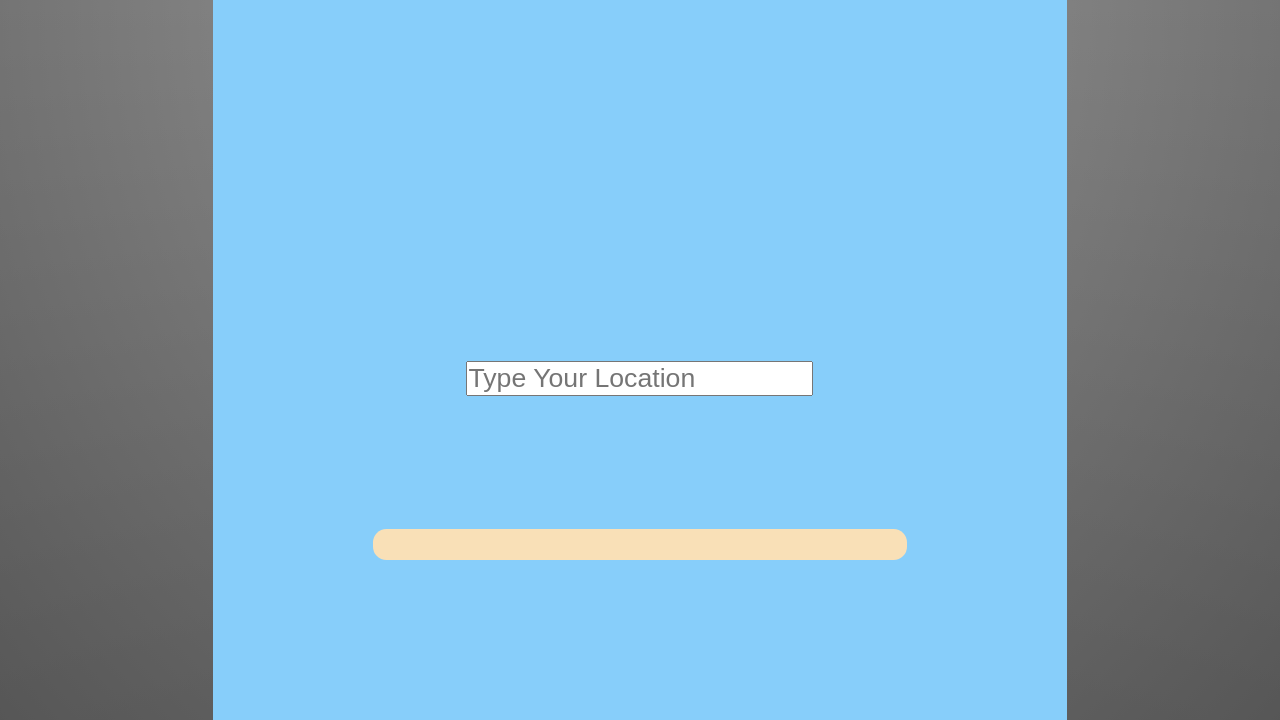
Repository: Heidingg/weather_app
Page: /
An editor plug-in stored every save of this project. The page is shown before and after the next save, followed by the edit.
The browser window is 1280 px wide. The pictures show the whole page.
The project was rebuilt for these pictures with package versions that can differ from the ones it lists, and the page was loaded fresh each time. The framework's server and built-in components were replaced by stand-ins that run in the browser. Also part of the build but not shown: next.config.js.

Above is the page before, as saved 2023-01-23 01:38:21.

### pages/index.js
import Head from 'next/head';
import Image from 'next/image';
import { Inter } from '@next/font/google';
import styles from '../styles/Home.module.css';
import { useState } from 'react';
import React from 'react';
import axios from 'axios';

const inter = Inter({ subsets: ['latin'] })

export default function Home() {

  const [location, setLocation] = useState('');
  const [data, setData] = useState({});
  const [weather, setWeather] = useState();
  const [main, setMain] = useState();
  const [wind, setWind] = useState();
  const [errorMessage, setErrorMessage] = useState('');
  const [icon, setIcon] = useState('');
  var lang = "en";
  var units = "metric";
  var apiKey = "8a3b66428312171f7c96dafa7cbc5a31";

  const url = `https://api.openweathermap.org/data/2.5/weather?q=${location}&units=${units}&appid=${apiKey}&lang=${lang}`;


  const searchLocation = (event) => {
    if (event.key === 'Enter') {
      axios.get(url)
        .then((response) => {
          console.clear();
          setData(response.data);
          console.log(response.data);
          setWeather(response.data.weather);
          setMain(response.data.main)
          setWind(response.data.wind);
          setIcon(response.data.icon);
          setErrorMessage("");
        }).catch(err => {
          console.log(err);
          setErrorMessage("Please enter another location");
          setData({});
          setWeather();
          setMain();
          setWind();
          setIcon();
        })
      setLocation('')
    }
  }


  return (
    <>
      <Head>
        <title>Loweather</title>
        <meta name="description" content="Generated by create next app" />
        <meta name="viewport" content="width=device-width, initial-scale=1" />
        <link rel="icon" href="cloudy.png" alt=""/>
      </Head>

      <main className={styles.main}>
        <div className={styles.location}></div>
          <div className={styles.locationIcon}>
          <div className={styles.locationName}>
            {data.name}
          </div>
        </div>

        <div className={styles.errorMess}>{errorMessage}</div>

        <input id={styles.input}
          value={location}
          onChange={event => setLocation(event.target.value)}
          placeholder="Type Your Location"
          onKeyDown={searchLocation}
          type="text"
        >
        </input>


    <div className={styles.searchContainer}></div>
        <div className={styles.weatherData}>
          <div className={styles.weatherCondition}>
            {
              weather && weather.map((w, index) => {
                return (
                  <div key={index}>
                    <img className={styles.iconStyle} src={`http://openweathermap.org/img/wn/${w.icon}@2x.png`}></img>

                  </div>
                )
              })
            }
          </div>

          {
            weather && weather.map((w, index) => {
              return (
                <div key={index}>
                  <div className={styles.description}>{w.description}</div>
                </div>
              )
            })
          }

          {
            main && weather.map(() => {
              return (
                <div>
                  <div className={styles.weatherTemp}> {main.temp}&#176;C</div>
                  <div className={styles.weatherFeel}>Feels like: {main.feels_like}&#176;C</div>
                </div>

              )
            })
          }

          {
            wind && weather.map(() => {
              return (
                <div>
                  <div className={styles.weatherWind}>Wind: {wind.gust} m/s</div>
                </div>
              )
            })
          }

        </div>
      </main>
    </>
)
}

### styles/globals.css
:root {
  --max-width: 1100px;
  --border-radius: 12px;
  --font-mono: ui-monospace, Menlo, Monaco, 'Cascadia Mono', 'Segoe UI Mono',
    'Roboto Mono', 'Oxygen Mono', 'Ubuntu Monospace', 'Source Code Pro',
    'Fira Mono', 'Droid Sans Mono', 'Courier New', monospace;

  --foreground-rgb: 0, 0, 0;
  --background-start-rgb: 214, 219, 220;
  --background-end-rgb: 255, 255, 255;

  --primary-glow: conic-gradient(
    from 180deg at 50% 50%,
    #16abff33 0deg,
    #0885ff33 55deg,
    #54d6ff33 120deg,
    #0071ff33 160deg,
    transparent 360deg
  );
  --secondary-glow: radial-gradient(
    rgba(255, 255, 255, 1),
    rgba(255, 255, 255, 0)
  );

  --tile-start-rgb: 239, 245, 249;
  --tile-end-rgb: 228, 232, 233;
  --tile-border: conic-gradient(
    #00000080,
    #00000040,
    #00000030,
    #00000020,
    #00000010,
    #00000010,
    #00000080
  );

  --callout-rgb: 238, 240, 241;
  --callout-border-rgb: 172, 175, 176;
  --card-rgb: 180, 185, 188;
  --card-border-rgb: 131, 134, 135;
}

@media (prefers-color-scheme: dark) {
  :root {
    --foreground-rgb: 255, 255, 255;
    --background-start-rgb: 0, 0, 0;
    --background-end-rgb: 0, 0, 0;

    --primary-glow: radial-gradient(rgba(1, 65, 255, 0.4), rgba(1, 65, 255, 0));
    --secondary-glow: linear-gradient(
      to bottom right,
      rgba(1, 65, 255, 0),
      rgba(1, 65, 255, 0),
      rgba(1, 65, 255, 0.3)
    );

    --tile-start-rgb: 2, 13, 46;
    --tile-end-rgb: 2, 5, 19;
    --tile-border: conic-gradient(
      #ffffff80,
      #ffffff40,
      #ffffff30,
      #ffffff20,
      #ffffff10,
      #ffffff10,
      #ffffff80
    );

    --callout-rgb: 20, 20, 20;
    --callout-border-rgb: 108, 108, 108;
    --card-rgb: 100, 100, 100;
    --card-border-rgb: 200, 200, 200;
  }
}

* {
  box-sizing: border-box;
  padding: 0;
  margin: 0;
  font-family: "Montserrat", sans-serif;
  font-size: 20pt;
}

.input{
  width: 80%;
  display: flex;
  background-color: lightblue;
}

.input.input-placeholder{
  outline: none;
    padding: 0.4em 1em;
    color: black;
    font-family: inherit;
    font-size: 22px;
    width: 520px;
    height: 43px;
}

html,
body {
  display: flex;
  justify-content: center;
  align-items: center;
  height: 100vh;
  background: linear-gradient(to bottom, rgba(255,255,255,0.15) 0%, rgba(0,0,0,0.15) 100%), radial-gradient(at top center, rgba(255,255,255,0.40) 0%, rgba(0,0,0,0.40) 120%) #989898;
  background-blend-mode: multiply,multiply;
}

body {
  color: rgb(var(--foreground-rgb));
  background: linear-gradient(
      to bottom,
      transparent,
      rgb(var(--background-end-rgb))
    )
    rgb(var(--background-start-rgb));
}

a {
  color: inherit;
  text-decoration: none;
}

@media (prefers-color-scheme: dark) {
  html {
    color-scheme: dark;
  }
}

### styles/Home.module.css
.main {
  display: flex;
  flex-direction: column;
  justify-content: space-between;
  align-items: center;
  padding: 6rem;
  min-height: 100vh;
  background-color: lightskyblue;
}

.description {
  display: inherit;
  justify-content: inherit;
  align-items: inherit;
  font-size: 0.85rem;
  max-width: var(--max-width);
  width: 100%;
  z-index: 2;
  font-family: var(--font-mono);

}

.description a {
  display: flex;
  justify-content: center;
  align-items: center;
  gap: 0.5rem;
}

.description p {
  position: relative;
  margin: 0;
  padding: 1rem;
  background-color: rgba(var(--callout-rgb), 0.5);
  border: 1px solid rgba(var(--callout-border-rgb), 0.3);
  border-radius: var(--border-radius);
}

.code {
  font-weight: 700;
  font-family: var(--font-mono);
}

.grid {
  display: grid;
  grid-template-columns: repeat(4, minmax(25%, auto));
  width: var(--max-width);
  max-width: 100%;
}

.card {
  padding: 1rem 1.2rem;
  border-radius: var(--border-radius);
  background: rgba(var(--card-rgb), 0);
  border: 1px solid rgba(var(--card-border-rgb), 0);
  transition: background 200ms, border 200ms;
}

.card span {
  display: inline-block;
  transition: transform 200ms;
}

.card h2 {
  font-weight: 600;
  margin-bottom: 0.7rem;
}

.card p {
  margin: 0;
  opacity: 0.6;
  font-size: 0.9rem;
  line-height: 1.5;
  max-width: 30ch;
}

.center {
  display: flex;
  justify-content: center;
  align-items: center;
  position: relative;
  padding: 4rem 0;
}

.center::before {
  background: var(--secondary-glow);
  border-radius: 50%;
  width: 480px;
  height: 360px;
  margin-left: -400px;
}

.center::after {
  background: var(--primary-glow);
  width: 240px;
  height: 180px;
  z-index: -1;
}

.center::before,
.center::after {
  content: '';
  left: 50%;
  position: absolute;
  filter: blur(45px);
  transform: translateZ(0);
}

.logo,
.thirteen {
  position: relative;
}

.thirteen {
  display: flex;
  justify-content: center;
  align-items: center;
  width: 75px;
  height: 75px;
  padding: 25px 10px;
  margin-left: 16px;
  transform: translateZ(0);
  border-radius: var(--border-radius);
  overflow: hidden;
  box-shadow: 0px 2px 8px -1px #0000001a;
}

.thirteen::before,
.thirteen::after {
  content: '';
  position: absolute;
  z-index: -1;
}

/* Conic Gradient Animation */
.thirteen::before {
  animation: 6s rotate linear infinite;
  width: 200%;
  height: 200%;
  background: var(--tile-border);
}

/* Inner Square */
.thirteen::after {
  inset: 0;
  padding: 1px;
  border-radius: var(--border-radius);
  background: linear-gradient(
    to bottom right,
    rgba(var(--tile-start-rgb), 1),
    rgba(var(--tile-end-rgb), 1)
  );
  background-clip: content-box;
}

/* Enable hover only on non-touch devices */
@media (hover: hover) and (pointer: fine) {
  .card:hover {
    background: rgba(var(--card-rgb), 0.1);
    border: 1px solid rgba(var(--card-border-rgb), 0.15);
  }

  .card:hover span {
    transform: translateX(4px);
  }
}

@media (prefers-reduced-motion) {
  .thirteen::before {
    animation: none;
  }

  .card:hover span {
    transform: none;
  }
}

/* Mobile */
@media (max-width: 700px) {
  .content {
    padding: 4rem;
  }

  .grid {
    grid-template-columns: 1fr;
    margin-bottom: 120px;
    max-width: 320px;
    text-align: center;
  }

  .card {
    padding: 1rem 2.5rem;
  }

  .card h2 {
    margin-bottom: 0.5rem;
  }

  .center {
    padding: 8rem 0 6rem;
  }

  .center::before {
    transform: none;
    height: 300px;
  }

  .description {
    font-size: 0.8rem;
  }

  .description a {
    padding: 1rem;
  }

  .description p,
  .description div {
    display: flex;
    justify-content: center;
    position: fixed;
    width: 100%;
  }

  .description p {
    align-items: center;
    inset: 0 0 auto;
    padding: 2rem 1rem 1.4rem;
    border-radius: 0;
    border: none;
    border-bottom: 1px solid rgba(var(--callout-border-rgb), 0.25);
    background: linear-gradient(
      to bottom,
      rgba(var(--background-start-rgb), 1),
      rgba(var(--callout-rgb), 0.5)
    );
    background-clip: padding-box;
    backdrop-filter: blur(24px);
  }

  .description div {
    align-items: flex-end;
    pointer-events: none;
    inset: auto 0 0;
    padding: 2rem;
    height: 200px;
    background: linear-gradient(
      to bottom,
      transparent 0%,
      rgb(var(--background-end-rgb)) 40%
    );
    z-index: 1;
  }
}

/* Tablet and Smaller Desktop */
@media (min-width: 701px) and (max-width: 1120px) {
  .grid {
    grid-template-columns: repeat(2, 50%);
  }
}

@media (prefers-color-scheme: dark) {
  .vercelLogo {
    filter: invert(1);
  }

  .logo,
  .thirteen img {
    filter: invert(1) drop-shadow(0 0 0.3rem #ffffff70);
  }
}

@keyframes rotate {
  from {
    transform: rotate(360deg);
  }
  to {
    transform: rotate(0deg);
  }
}



div.weatherData {
  display: flex;
  flex-direction: column;
  align-items: left;
  justify-content: center;
  line-height: 30pt;
  background-color: #f9e0b7;
  padding-top: 3pt;
  padding-bottom: 1rem;
  border-radius: 10pt;
  width: 20rem;
}

div.weatherCondition {
  text-align: center;
  color: green;
}

.weatherDesc {
  display: flex;
  flex-direction: row;
  align-items: left;

}

div.locationName {
  font-size: 30pt;
  color: darkgreen;
  font-weight: 600;
}

Loaded but not shown: pages/_app.js (common file); pages/_document.js (common file)

After the next save:
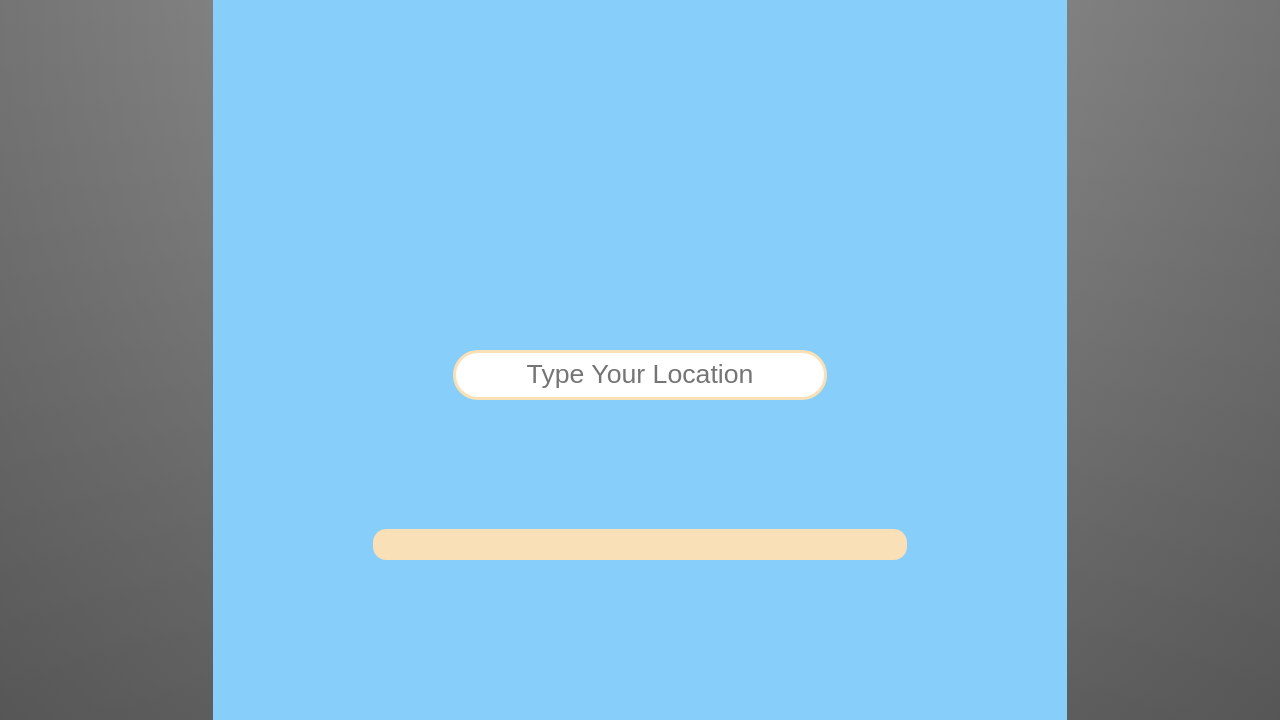
Saved 45 s later.
--- a/styles/Home.module.css
+++ b/styles/Home.module.css
@@ -12,19 +12,37 @@
   display: inherit;
   justify-content: inherit;
   align-items: inherit;
-  font-size: 0.85rem;
   max-width: var(--max-width);
   width: 100%;
   z-index: 2;
-  font-family: var(--font-mono);
-
-}
-
+  text-transform: capitalize;
+
+}
+.iconStyle{
+  width: 200px;
+  height: 200px;
+}
+.weatherData{
+  text-align: center;
+}
+.weatherTemp{
+  font-size: 50px;
+  margin-top:30px
+}
+.weatherFeel{
+  font-size: 20px;
+margin-top: 20px;
+}
+.weatherWind{
+  font-size: 20px;
+
+}
 .description a {
   display: flex;
   justify-content: center;
   align-items: center;
   gap: 0.5rem;
+
 }
 
 .description p {
@@ -80,6 +98,14 @@
   align-items: center;
   position: relative;
   padding: 4rem 0;
+}
+#input{
+  margin: 10px;
+border: 3px solid #f9e0b7;
+border-radius: 30px;
+text-align: center;
+width: 70%;
+height: 50px;
 }
 
 .center::before {
